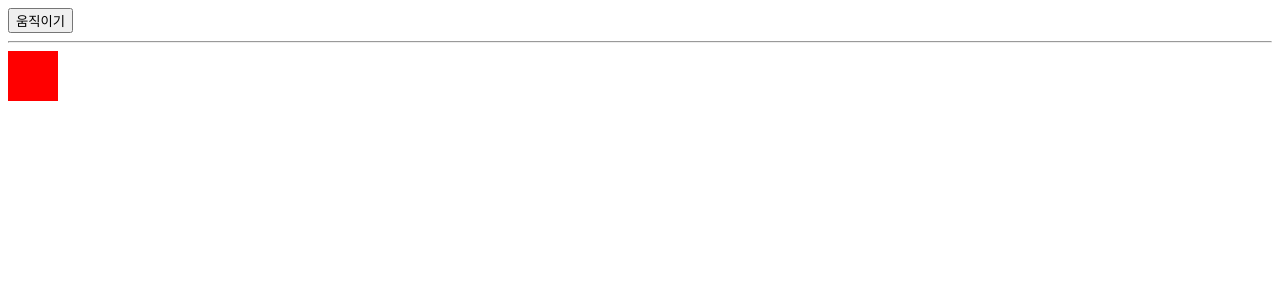
Repository: balsohn/adminshop
Page: http://localhost/jquery/0805/animate.jsp
The author's editor kept a copy of each file at every save. The page is drawn from the files as they stood at one save, then again after the next save.
The browser window is 1280 px wide. The pictures show the whole page.
The page is served by Tomcat 9.

Above is the page before, as saved 2024-08-23 03:36:02.

### work/jquery/src/main/webapp/0805/animate.jsp
<%@ page language="java" contentType="text/html; charset=UTF-8"
    pageEncoding="UTF-8"%>
<!DOCTYPE html>
<html>
<head>
<meta charset="UTF-8">
<title>Insert title here</title>
<style>
	#aa {
        height: 50px;
        width: 50px;
        background: red;
        position: relative; /* position 속성을 추가합니다 */

    }

    #bb {
    	position: postion;
    }
</style>
<script src="https://code.jquery.com/jquery-latest.js"></script>
<script>
	$(function() {
		$('#btn1').click(function() {
			$('#aa').animate({
				left: "400px"
			}, 3000);
		});
	});
</script>
</head>
<body>
	<input type="button" id="btn1" value="움직이기">
	<hr>
	<div id="aa"></div>
	<div id="bb"></div>
</body>
</html>

After the next save:
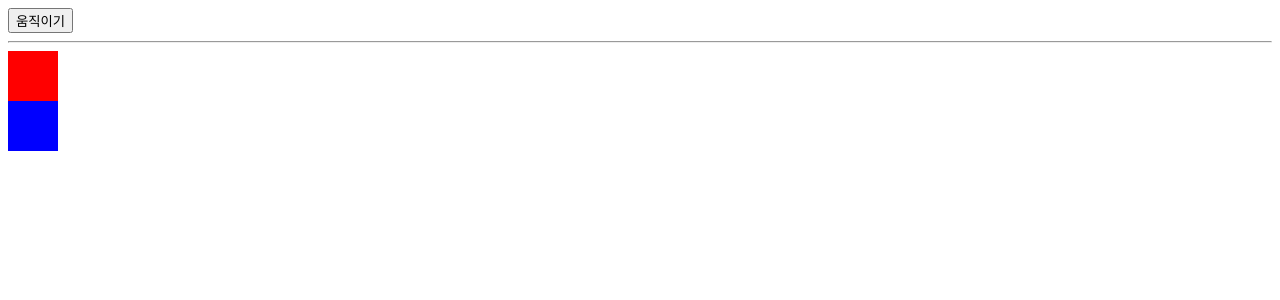
Saved 25 s later.
--- a/work/jquery/src/main/webapp/0805/animate.jsp
+++ b/work/jquery/src/main/webapp/0805/animate.jsp
@@ -15,7 +15,10 @@
     }
 
     #bb {
-    	position: postion;
+    	position: absolute;
+    	width:50px;
+    	height: 50px;
+    	background: blue;
     }
 </style>
 <script src="https://code.jquery.com/jquery-latest.js"></script>
